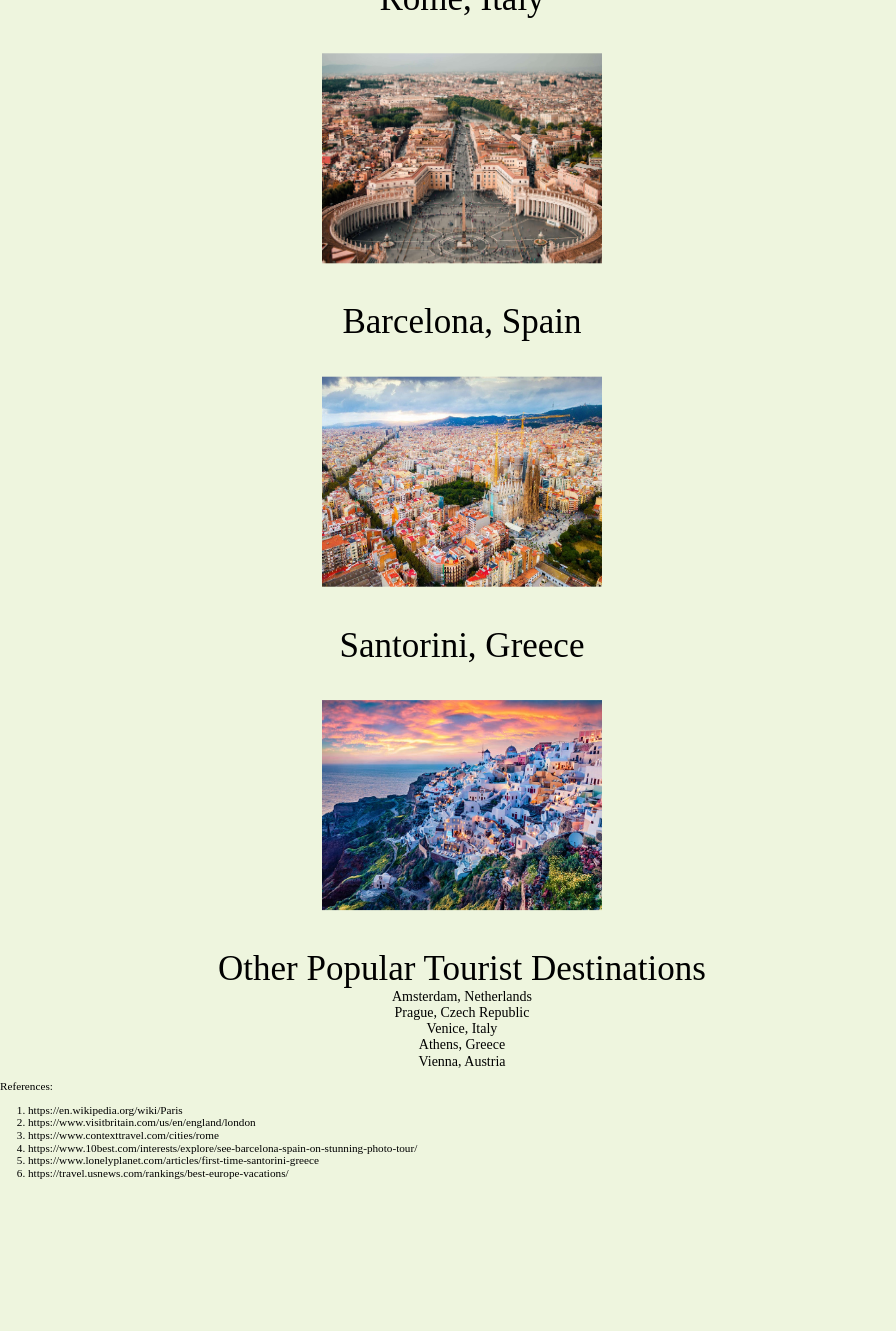
Repository: alharama/StaticWebsite
Page: eu_page.html
The author's editor kept a copy of each file at every save. The page is drawn from the files as they stood at one save, then again after the next save.
The browser window is 1280 px wide. The pictures show the part of the page from y = 1673 to 3593 px (the page is 3574 px tall before and 3593 px after), at 70% of full size.

Above is the page before, as saved 2021-09-29 23:00:57.

### eu_page.html
<!DOCTYPE html>
<html>
<head>

    <link rel = "stylesheet" type="text/css" href="StyleSheet.css">;

    <title> Europe </title>

    <style>

        #eu {
            display: block;
            margin-left: auto;
            margin-right: auto;
            margin-top: 30px;
            width: auto;
            height: 300px;

        }
    </style>

</head>

    <header>
        Europe


        <div id="languages">
            <span>Hello</span>
            <span>Bonjour</span>
            <span>Marhabaan</span>
            <span>Zdravstvuyte</span>
            <span>nǐ hǎo</span>
            <span>Salve</span>
            <span>Konnichiwa</span>
            <span>Guten Tag</span>
            <span>Goddag</span>
            <span>Shikamoo</span>
        </div>
    </header>

    <body>

        <nav class="top_nav">
            <ul id="top_nav">
                <li><a href="/index.html">Home</a></li>
                <li><a href="/na_page.html">North America</a></li>
                <li><a href="/sa_page.html">South America</a></li>
                <li><a href="/eu_page.html">Europe</a></li>
                <li><a href="/af_page.html">Africa</a></li>
                <li><a href="/as_page.html">Asia</a></li>
                <li><a href="/au_page.html">Australia</a></li>
                <li><a href="/ant_page.html">Antarctica</a></li>
            </ul>
        </nav>


        <img id="eu" src="images/Europe.png" alt="Europe">
        <h1> Top Tourist Destinations in Europe</h1>


        <ul class = "tourist_spots">
            <li> Paris, France </li>

            <span><img id="dest" src="images/Paris.jpeg" alt="Paris">  </span>
            <li> London, United Kingdom </li>
            <span><img id = "dest" src="images/London.jpeg" alt="London">  </span>
            <li> Rome, Italy</li>
            <span><img id = "dest" src="images/Rome.jpeg" alt = "Rome">  </span>
            <li> Barcelona, Spain</li>
            <span><img id = "dest" src="images/Barcelona.jpeg" alt="Barcelona">  </span>
            <li> Santorini, Greece</li>
            <span><img id="dest" src="images/Santorini.jpeg" alt="Santorini">  </span>

            <div class = "extra_destinations">
                <span id="other_dest_header"> Other Popular Tourist Destinations</span>
                <li>  Amsterdam, Netherlands</li>
                <li> Prague, Czech Republic</li>
                <li> Venice, Italy</li>
                <li> Athens, Greece</li>
                <li> Vienna, Austria</li>
            </div>

        </ul>

    </body>


    <footer>

        References:

        <ol>
            <li>https://en.wikipedia.org/wiki/Paris</li>
            <li>https://www.visitbritain.com/us/en/england/london</li>
            <li>https://www.contexttravel.com/cities/rome</li>
            <li>https://www.10best.com/interests/explore/see-barcelona-spain-on-stunning-photo-tour/</li>
            <li>https://www.lonelyplanet.com/articles/first-time-santorini-greece</li>
            <li>https://travel.usnews.com/rankings/best-europe-vacations/</li>
        </ol>

    </footer>

</html>

### StyleSheet.css

 @import url('https://fonts.googleapis.com/css2?family=Kaushan+Script&display=swap');

 header {
    text-align: center;
    padding: 5px;
    font-family: 'Kaushan Script', cursive;
    font-size: 100px;
    border-bottom: 1px solid;

}

body{
    background: rgb(238, 245, 222);
    margin: 0px;
    padding-bottom: 200px;
}

.top_nav {
    width: 100%;
    font-size: 40px;
    text-align: center;
    color: red;

}

.top_nav ul {
    margin: 0px;
    color: blue;
}

.top_nav li {
    display: inline-block;

}

.top_nav a {
    text-decoration:underline;
    color: rgb(175, 52, 52);

}

.top_nav a:hover {
    background-color: lightgray;
}


#languages{

    display: flex;
    font-size: 20px;
    justify-content:space-around;
}



 h1 {
    text-align: center;
    font-family: 'Kaushan Script', cursive;
}

.tourist_spots {
    text-align: center;
}
.tourist_spots li {
    list-style: none;
    text-align: center;
    font-size: 50px;

}


#dest {
    width: 400px;
    height: 300px;
    padding: 50px;
}

#other_dest_header {
    font-size: 50px;
}
.extra_destinations li{
    font-size: 20px;
}

After the next save:
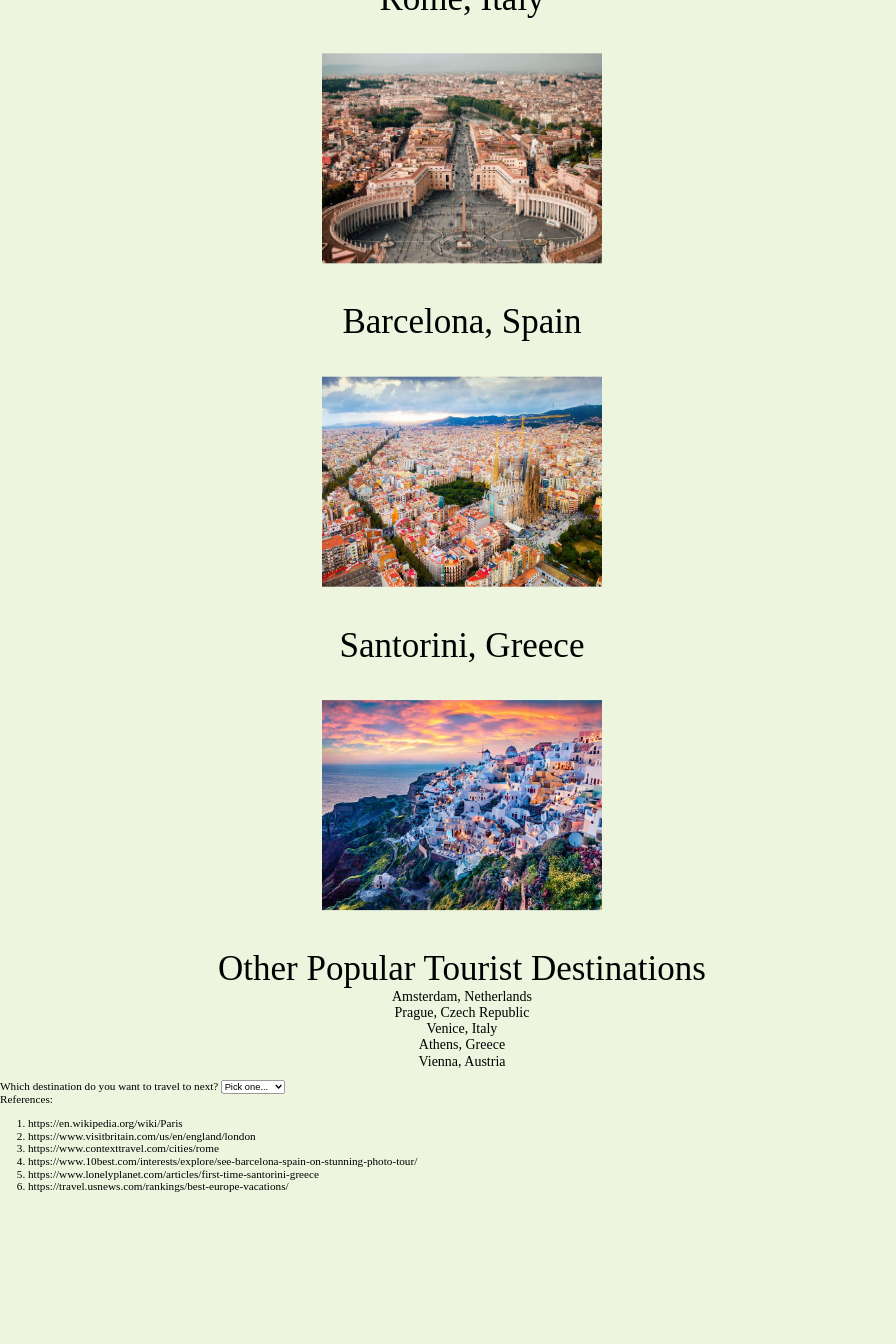
Saved 38 s later.
--- a/eu_page.html
+++ b/eu_page.html
@@ -83,6 +83,22 @@
 
         </ul>
 
+        <div id="survey">
+
+            Which destination do you want to travel to next?
+            <select>
+                <option>Pick one...</option>
+                <option>Paris</option>
+                <option>London</option>
+                <option>Rome</option>
+                <option>Barcelona</option>
+                <option>Santorini</option>
+                <option>Amsterdam</option>
+                <option>Prague</option>
+            </select>
+
+        </div>
+
     </body>
 
 
